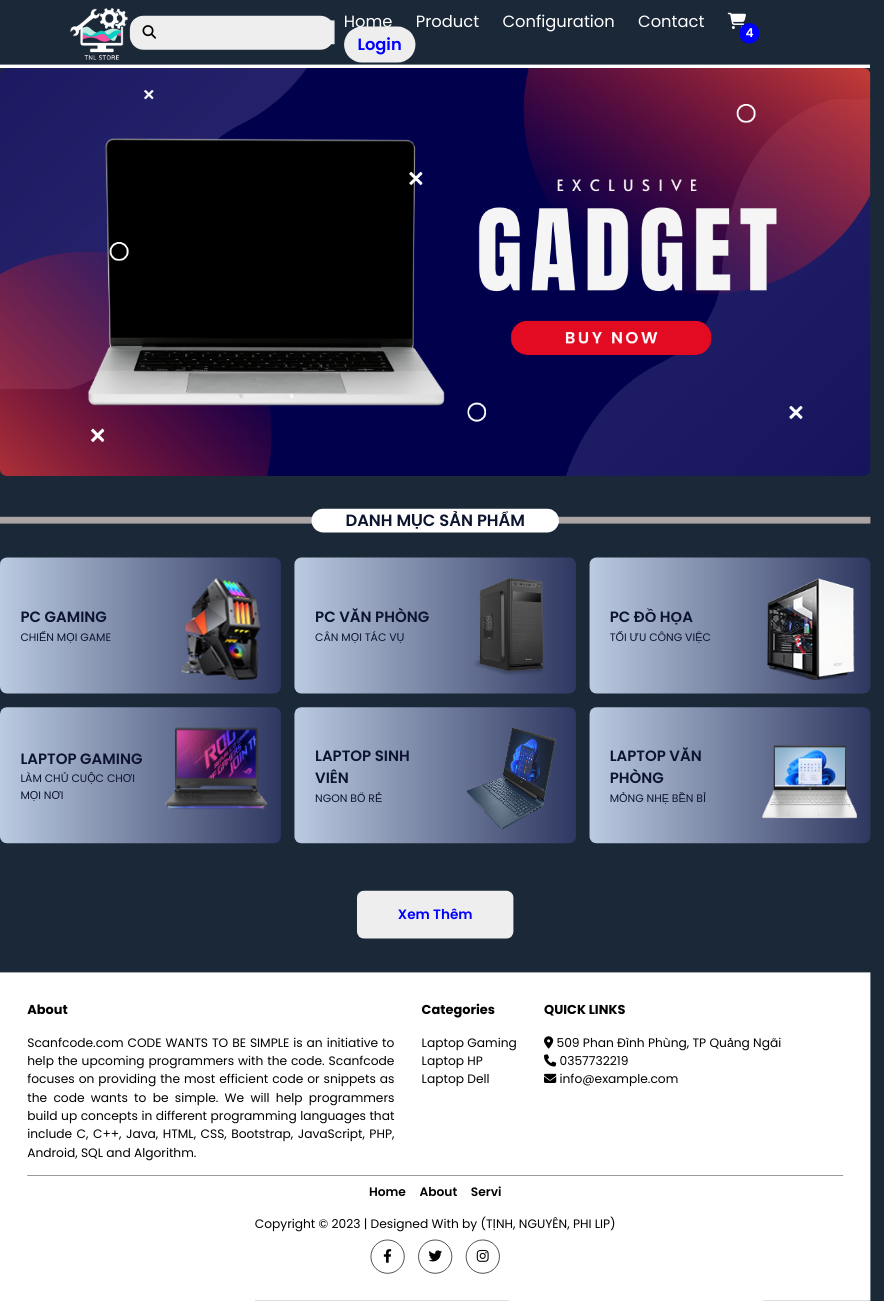
Repository: HPNChanel/DACS
Page: index.html
An editor plug-in stored every save of this project. The page is shown before and after the next save, followed by the edit.
The browser window is 1280 px wide. The page is 1300 px wide, so the pictures cover 1300 px, including what lies to the right of the window. The pictures show the whole page, at 68% of full size.

Above is the page before, as saved 2023-04-13 19:45:26.

After the next save:
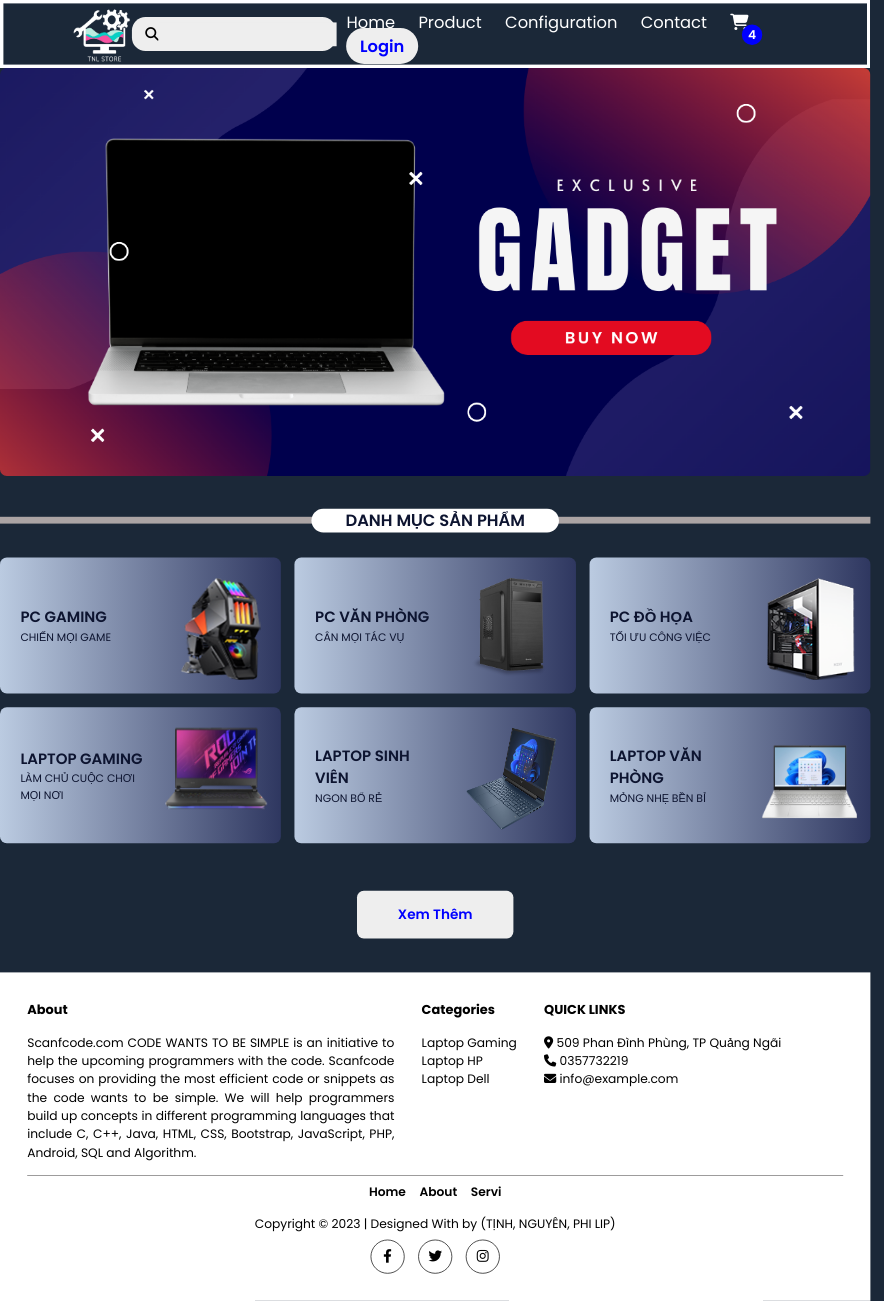
Saved 17 s later.
--- a/style/main.css
+++ b/style/main.css
@@ -27,7 +27,7 @@
     z-index: 2;
     display: flex;
     align-items: center;
-    border-bottom: 5px solid white;
+    border: 5px solid white;
 }
 .nav-content {
     width: 100%;

After the save that followed:
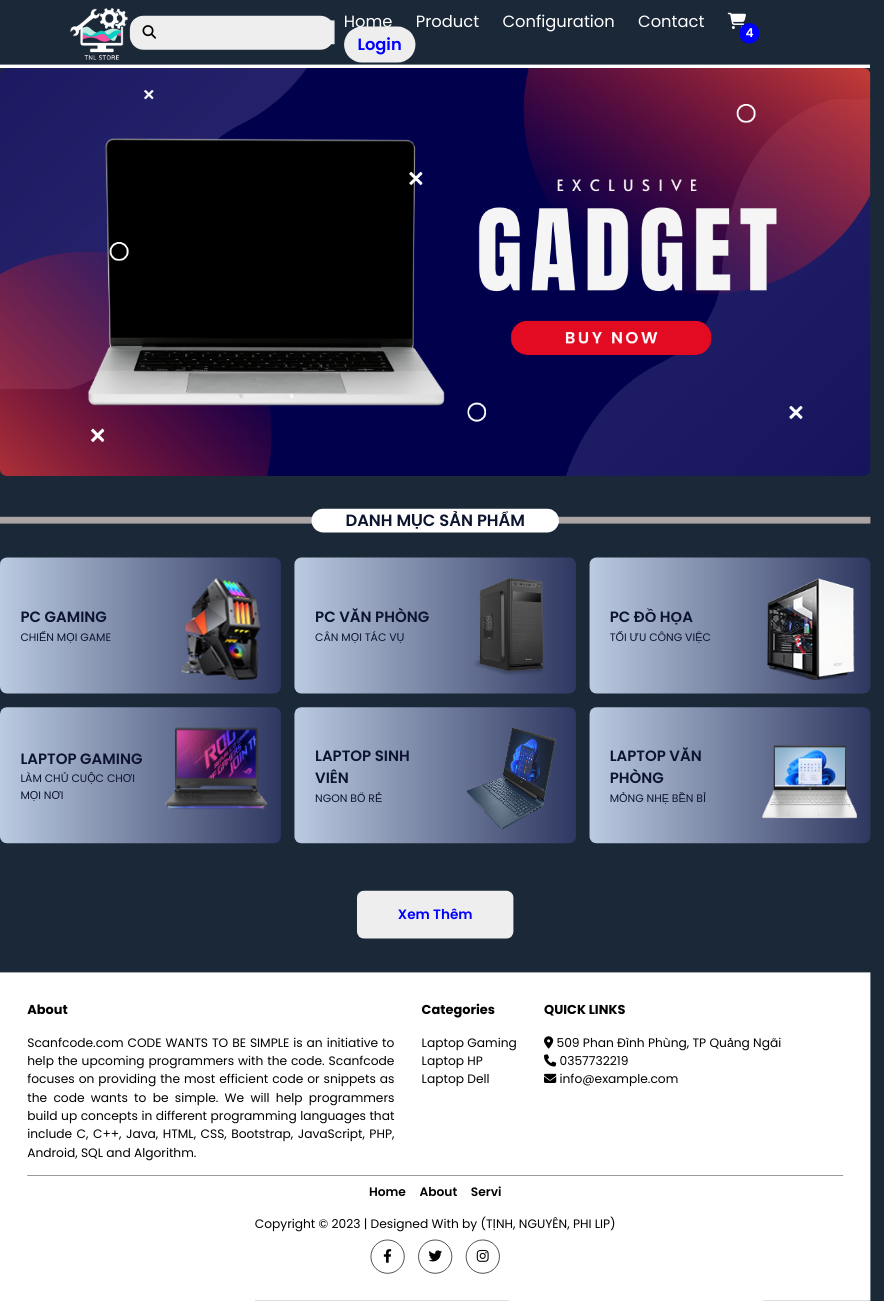
Saved 26 s later.
--- a/style/main.css
+++ b/style/main.css
@@ -27,7 +27,7 @@
     z-index: 2;
     display: flex;
     align-items: center;
-    border: 5px solid white;
+    border-bottom: 5px solid white;
 }
 .nav-content {
     width: 100%;
